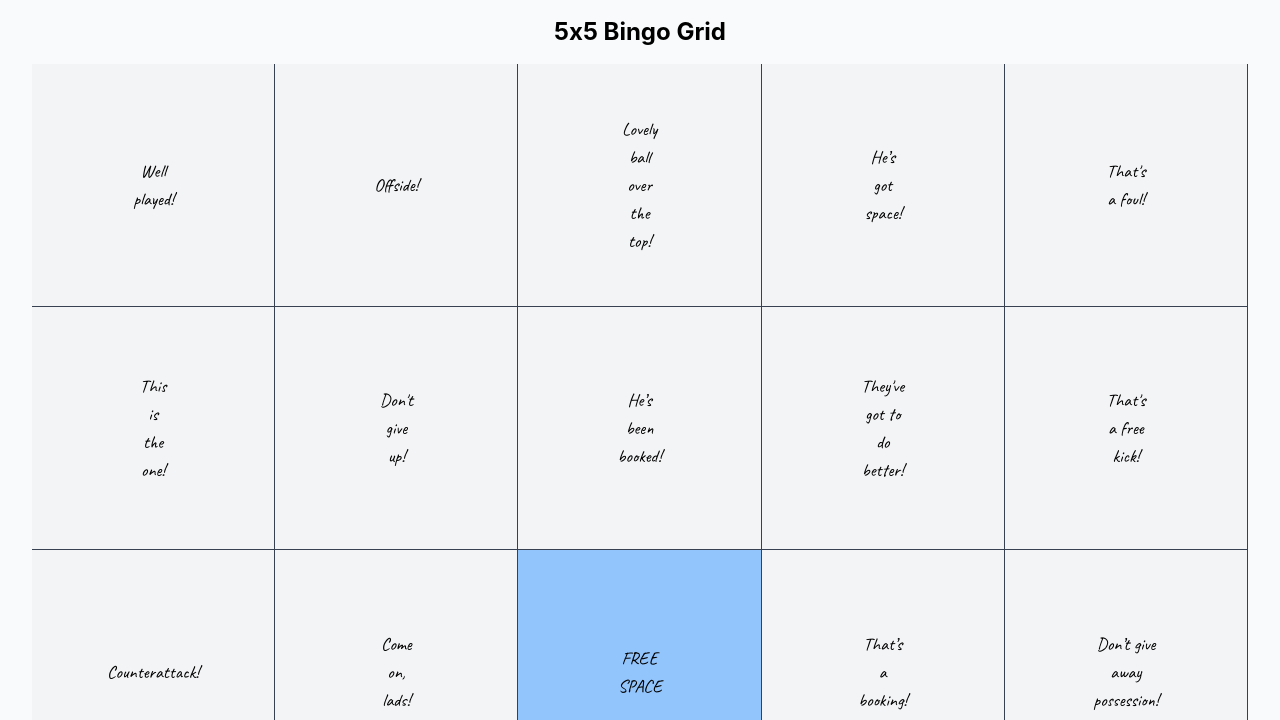
Repository: yassirbn/football-bingo
Page: /
An editor plug-in stored every save of this project. The page is shown before and after the next save, followed by the edit.
The browser window is 1280 px wide. The pictures show the whole page.
The project was rebuilt for these pictures with package versions that can differ from the ones it lists, and the page was loaded fresh each time.

Above is the page before, as saved 2024-11-27 12:29:56.

### src/index.css

@import url('https://fonts.googleapis.com/css2?family=Caveat:wght@400;700&display=swap');

@tailwind base;
@tailwind components;
@tailwind utilities;


body {
  margin: 0;
  font-family: -apple-system, BlinkMacSystemFont, 'Segoe UI', 'Roboto', 'Oxygen',
    'Ubuntu', 'Cantarell', 'Fira Sans', 'Droid Sans', 'Helvetica Neue',
    sans-serif;
  -webkit-font-smoothing: antialiased;
  -moz-osx-font-smoothing: grayscale;
}

code {
  font-family: source-code-pro, Menlo, Monaco, Consolas, 'Courier New',
    monospace;
}

### src/App.js
import React from "react";
import BingoGrid from "./component/BingoGrid/BingoGrid";


const App = () => {
  const words  = [
    "What a save!",
    "Offside!",
    "Penalty! Oh, no!",
    "Pass the ball!",
    "That's a dive!",
    "Red card!",
    "Goal! What a strike!",
    "He's on fire!",
    "Foul!",
    "Clear it!",
    "He's through on goal!",
    "Nice touch!",
    "What a tackle!",
    "Great cross!",
    "Counterattack!",
    "He’s injured!",
    "Come on, ref!",
    "Get it in the box!",
    "Keeper's got it!",
    "That's a foul!",
    "No way! That’s a dive!",
    "Good save, keeper!",
    "What a ball!",
    "Hold it up!",
    "Look at that footwork!",
    "Get stuck in!",
    "That’s a booking!",
    "Lovely ball over the top!",
    "That’s a terrible miss!",
    "Get back!",
    "Play to the whistle!",
    "It's all square!",
    "Time for a substitution!",
    "They’re all over them!",
    "Nice pass!",
    "He’s got space!",
    "He’s wide open!",
    "Well played!",
    "Take a shot!",
    "That’s a brilliant goal!",
    "What a finish!",
    "Come on, lads!",
    "Don't give up!",
    "He's made a run!",
    "Get the ball out of there!",
    "Hold the line!",
    "He’s been booked!",
    "That's a red card!",
    "This could be it!",
    "He’s in the clear!",
    "It’s a goal kick!",
    "That's a free kick!",
    "Shoot! Shoot!",
    "That's too easy!",
    "They've got to do better!",
    "He's off the ball!",
    "Put it in the back of the net!",
    "This is getting tense!",
    "He’s looking dangerous!",
    "Don’t give away possession!",
    "He’s gone down easy!",
    "That's a top save!",
    "This is the one!",
    "Make it count!"
  ];


  return (
    <div className="min-h-screen bg-gray-50 flex items-center justify-center">
      <BingoGrid words={words} />
    </div>
  );
};

export default App;

### src/component/BingoGrid/BingoGrid.js
import React, { useState } from "react";

const BingoGrid = ({ words }) => {
  const gridSize = 5; // 5x5 grid
  const totalCells = gridSize * gridSize;

  // Shuffle words only once and store in state
  const initializeGrid = () => {
    const shuffledWords = [...words].sort(() => 0.5 - Math.random()).slice(0, totalCells);

    // Fill with placeholders if not enough words
    while (shuffledWords.length < totalCells) {
      shuffledWords.push("PLACEHOLDER");
    }

    // Replace the center cell with "FREE SPACE"
    const centerIndex = Math.floor(totalCells / 2);
    shuffledWords[centerIndex] = "FREE SPACE";

    return shuffledWords;
  };

  const [gridWords] = useState(initializeGrid);
  const [selectedCells, setSelectedCells] = useState(
    Array(totalCells).fill(false).map((_, i) => i === Math.floor(totalCells / 2)) // Center (FREE SPACE) is pre-selected
  );
  const [bingo, setBingo] = useState(false);

  // Handle cell click
  const handleCellClick = (index) => {
    if (gridWords[index] === "FREE SPACE" || selectedCells[index]) return; // Ignore clicks on FREE SPACE or already selected cells

    const updatedSelection = [...selectedCells];
    updatedSelection[index] = true;
    setSelectedCells(updatedSelection);

    // Check for Bingo
    checkForBingo(updatedSelection);
  };

  // Check for Bingo
  const checkForBingo = (selected) => {
    const checkLine = (line) => line.every((index) => selected[index]);

    // Generate all rows, columns, and diagonals
    const rows = Array.from({ length: gridSize }, (_, i) =>
      Array.from({ length: gridSize }, (_, j) => i * gridSize + j)
    );
    const cols = Array.from({ length: gridSize }, (_, i) =>
      Array.from({ length: gridSize }, (_, j) => j * gridSize + i)
    );
    const diagonal1 = Array.from({ length: gridSize }, (_, i) => i * gridSize + i);
    const diagonal2 = Array.from({ length: gridSize }, (_, i) => (i + 1) * gridSize - (i + 1));

    const lines = [...rows, ...cols, diagonal1, diagonal2];

    if (lines.some(checkLine)) {
      setBingo(true); // Set Bingo to true to trigger animations
    }
  };

  return (
    <div className="p-4 relative h-screen overflow-hidden w-screen px-8">
      {/* Fireworks Animation */}
      {bingo && (
        <div className="absolute inset-0 z-20 flex justify-center items-center pointer-events-none">
          {/* Firework Particles */}
          {Array.from({ length: 300 }).map((_, idx) => (
            <div
              key={idx}
              className="fireworks-particle w-4 h-4 rounded-full absolute animate-fireworks"
              style={{
                "--x": `${Math.random() * 120 - 60}vw`, // Expanded X direction
                "--y": `${Math.random() * 120 - 60}vh`, // Expanded Y direction
                "--size": `${Math.random() * 10 + 5}px`, // Random size (larger particles)
                "--duration": `${Math.random() * 2 + 1.5}s`, // Increased duration for longer explosion
                "--delay": `${Math.random() * 0.5}s`, // Random delay
                backgroundColor: `hsl(${Math.random() * 360}, 100%, 50%)`, // Random color (HSL)
                transform: `rotate(${Math.random() * 360}deg)` // Random rotation for more chaos
              }}
            ></div>
          ))}
        </div>
      )}

      {/* Bingo Text Animation */}
      {bingo && (
        <div className="absolute inset-0 flex items-center justify-center z-10 animate-bingo-fade">
          <h2 className="text-7xl sm:text-8xl md:text-9xl lg:text-10xl font-extrabold text-red-600 animate-bingo-shake">
            BINGO!
          </h2>
        </div>
      )}

      {/* Bingo Grid */}
      <h1 className="text-center text-2xl font-bold mb-4">5x5 Bingo Grid</h1>
      <div
        className="grid"
        style={{
          gridTemplateColumns: `repeat(${gridSize}, 1fr)`,
        }}
      >
        {gridWords.map((word, index) => (
          <div
            key={index}
            className={`flex items-center justify-center border-b border-r border-gray-700 text-center font-medium aspect-square
              ${selectedCells[index] ? "bg-blue-300 text-white" : "bg-gray-100 hover:bg-blue-200 cursor-pointer"}
              ${word === "FREE SPACE" ? "cursor-default" : ""}`}
            onClick={() => handleCellClick(index)}
          >
            <div
              className={`${
                selectedCells[index] ? "bg-blue-300 text-white" : "bg-transparent"
              } flex items-center justify-center py-3 px-6 sm:py-4 sm:px-8 md:py-6 md:px-12 lg:py-8 lg:px-16`}
              style={{
                width: "50px", // Adjusted for mobile/tablet responsiveness
                height: "50px", // Adjusted for mobile/tablet responsiveness
                minWidth: "50px", // Ensures the circle doesn't shrink smaller than this
              }}
            >
              <span
                className="text-xs sm:text-sm md:text-base lg:text-lg font-medium text-black font-handwritten"
              >
                {word}
              </span>
            </div>
          </div>
        ))}
      </div>
    </div>
  );
};

export default BingoGrid;

### tailwind.config.js
/** @type {import('tailwindcss').Config} */
module.exports = {
  content: ['./src/**/*.{js,jsx,ts,tsx}'],
  theme: {
    extend: {
      fontFamily: {
        handwritten: ["'Caveat'", "cursive"],
      },
      animation: {
        fireworks: "fireworks 1.5s ease-out forwards",
        "bingo-fade": "bingo-fade 2s ease-out forwards",
        "bingo-shake": "bingo-shake 0.5s ease-in-out infinite",
      },
      keyframes: {
        fireworks: {
          "0%": {
            transform: "scale(0) translate(0, 0)",
            opacity: 1,
          },
          "50%": {
            transform: "scale(1) translate(var(--x), var(--y))",
            opacity: 1,
          },
          "100%": {
            transform: "scale(2) translate(var(--x), var(--y))",
            opacity: 0,
          },
        },
        "bingo-fade": {
          "0%": { opacity: 0 },
          "100%": { opacity: 1 },
        },
        "bingo-shake": {
          "0%": { transform: "rotate(0)" },
          "25%": { transform: "rotate(5deg)" },
          "50%": { transform: "rotate(0)" },
          "75%": { transform: "rotate(-5deg)" },
          "100%": { transform: "rotate(0)" },
        },
      },
    },
  },
  plugins: [],
}

Loaded but not shown: public/index.html (common file); src/index.js (common file); src/reportWebVitals.js (common file)

After the next save:
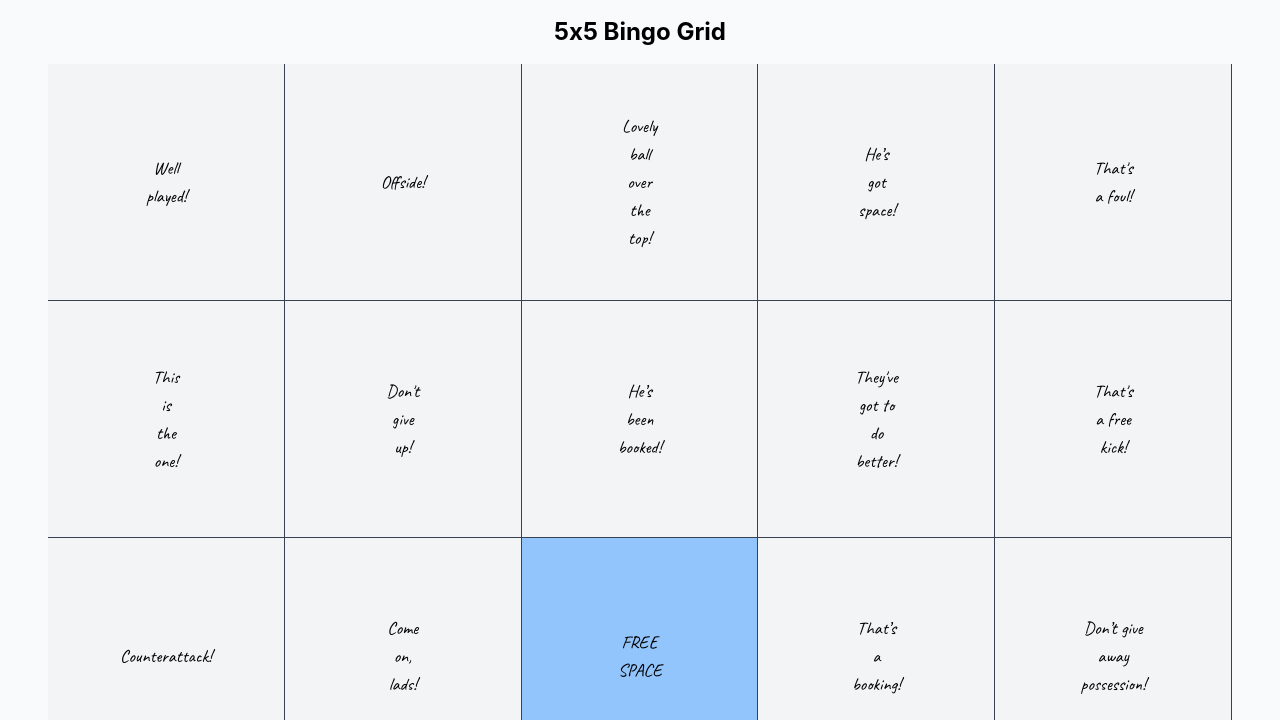
Saved 18 s later.
--- a/src/component/BingoGrid/BingoGrid.js
+++ b/src/component/BingoGrid/BingoGrid.js
@@ -60,7 +60,7 @@ const BingoGrid = ({ words }) => {
   };
 
   return (
-    <div className="p-4 relative h-screen overflow-hidden w-screen px-8">
+    <div className="p-4 relative h-screen overflow-hidden w-screen px-12">
       {/* Fireworks Animation */}
       {bingo && (
         <div className="absolute inset-0 z-20 flex justify-center items-center pointer-events-none">
